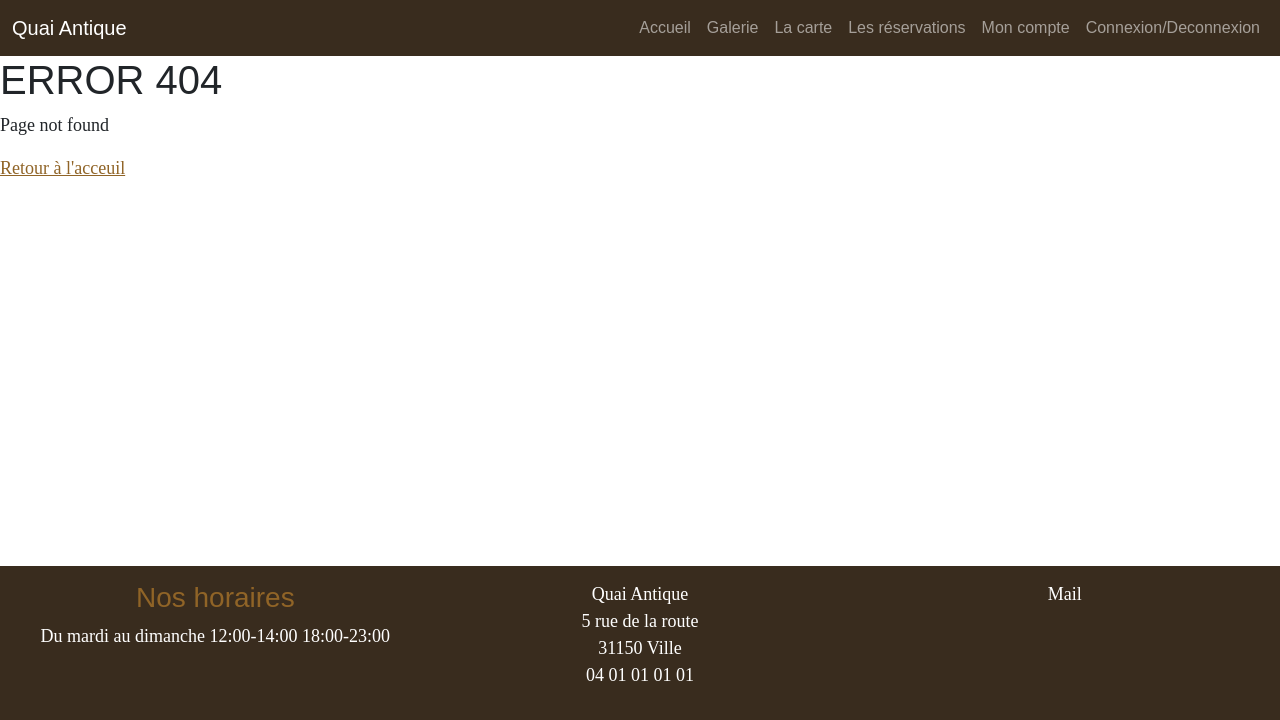
Repository: lemonhao9/QuaiAntiqueRestaurantFront
Page: index.html
The author's editor kept a copy of each file at every save. The page is drawn from the files as they stood at one save, then again after the next save.
The browser window is 1280 px wide. The pictures show the whole page.
Some web fonts or font styles are not loaded; a fallback is used. Some web libraries are served in a nearby version. The style sheet was rebuilt from its Sass, Less or Tailwind sources for each picture, by a compiler version that may differ from the author's.

Above is the page before, as saved 2025-01-23 17:45:15.

### index.html
<!DOCTYPE html>
<html lang="en">
<head>
    <meta charset="UTF-8">
    <meta name="viewport" content="width=device-width, initial-scale=1.0">
    <link rel="preconnect" href="https://fonts.googleapis.com">
    <link rel="preconnect" href="https://fonts.gstatic.com" crossorigin>
    <link href="https://fonts.googleapis.com/css2?family=Hind+Madurai:wght@300;400&display=swwap" rel="stylesheet">
    <link rel="stylesheet" href="scss/main.css">
    <title>Document</title>
</head>
<body>
        <header>
            <nav class="navbar navbar-expand-lg bg-dark" data-bs-theme="dark">
                <div class="container-fluid">
                  <a class="navbar-brand" href="/">Quai Antique</a>
                  <button class="navbar-toggler" type="button" data-bs-toggle="collapse" data-bs-target="#navbarSupportedContent" aria-controls="navbarSupportedContent" aria-expanded="false" aria-label="Toggle navigation">
                    <span class="navbar-toggler-icon"></span>
                  </button>
                  <div class="collapse navbar-collapse" id="navbarSupportedContent">
                    <ul class="navbar-nav ms-auto mb-2 mb-lg-0">
                      <li class="nav-item">
                        <a class="nav-link"href="/">Accueil</a>
                      </li>
                      <li class="nav-item">
                        <a class="nav-link"href="/galerie">Galerie</a>
                      </li>
                      <li class="nav-item">
                        <a class="nav-link"href="/lacarte">La carte</a>
                      </li>
                      <li class="nav-item">
                        <a class="nav-link"href="#">Les réservations</a>
                      </li>
                      <li class="nav-item">
                        <a class="nav-link"href="#">Mon compte</a>
                      </li>
                      <li class="nav-item">
                        <a class="nav-link"href="#">Connexion/Deconnexion</a>
                      </li>
                    </ul>
                  </div>
                </div>
              </nav>
        </header>
        <main id="main-page">

        </main>
<footer class="bg-dark text-white text-center footer">
        <div class="row">
            <div class="col-12 col-lg-4">
                <h3 class="text-primary">Nos horaires</h3>
                <p>Du mardi au dimanche  12:00-14:00  18:00-23:00</p>
            </div>
            <div class="col-6 col-lg-4">
                <p>Quai Antique <br/>
                    5 rue de la route <br/>
                    31150 Ville <br/>
                    04 01 01 01 01 <br/>
                </p>
            </div>
            <div class="col-6 col-lg-4">
                <p>Mail</p>
            </div>
        </div>
    </footer>
    <script type="module" src="./Router/Router.js"></script>
    <script src="node_modules/bootstrap/dist/js/bootstrap.bundle.min.js"></script>
</body>
</html>

### Router/Router.js
import Route from "./Route.js";
import { allRoutes, websiteName } from "./allRoutes.js";

// Création d'une route pour la page 404 (page introuvable)
const route404 = new Route("404", "Page introuvable", "/pages/404.html");

// Fonction pour récupérer la route correspondant à une URL donnée
const getRouteByUrl = (url) => {
  let currentRoute = null;
  // Parcours de toutes les routes pour trouver la correspondance
  allRoutes.forEach((element) => {
    if (element.url == url) {
      currentRoute = element;
    }
  });
  // Si aucune correspondance n'est trouvée, on retourne la route 404
  if (currentRoute != null) {
    return currentRoute;
  } else {
    return route404;
  }
};

// Fonction pour charger le contenu de la page
const LoadContentPage = async () => {
  const path = window.location.pathname;
  // Récupération de l'URL actuelle
  const actualRoute = getRouteByUrl(path);
  // Récupération du contenu HTML de la route
  const html = await fetch(actualRoute.pathHtml).then((data) => data.text());
  // Ajout du contenu HTML à l'élément avec l'ID "main-page"
  document.getElementById("main-page").innerHTML = html;

  // Ajout du contenu JavaScript
  if (actualRoute.pathJS != "") {
    // Création d'une balise script
    var scriptTag = document.createElement("script");
    scriptTag.setAttribute("type", "text/javascript");
    scriptTag.setAttribute("src", actualRoute.pathJS);

    // Ajout de la balise script au corps du document
    document.querySelector("body").appendChild(scriptTag);
  }

  // Changement du titre de la page
  document.title = actualRoute.title + " - " + websiteName;
};

// Fonction pour gérer les événements de routage (clic sur les liens)
const routeEvent = (event) => {
  event = event || window.event;
  event.preventDefault();
  // Mise à jour de l'URL dans l'historique du navigateur
  window.history.pushState({}, "", event.target.href);
  // Chargement du contenu de la nouvelle page
  LoadContentPage();
};

// Gestion de l'événement de retour en arrière dans l'historique du navigateur
window.onpopstate = LoadContentPage;
// Assignation de la fonction routeEvent à la propriété route de la fenêtre
window.route = routeEvent;
// Chargement du contenu de la page au chargement initial
LoadContentPage();

### Router/allRoutes.js
import Route from "./Route.js";

//Définir ici vos routes
export const allRoutes = [
    new Route("/", "Accueil", "/pages/home.html"),
    new Route("/galerie", "La galerie", "./pages/galerie.html"),
    new Route("/lacarte", "La carte", "./pages/lacarte.html"),
    new Route("/signin", "Connexion", "./pages/signin.html")
];


//Le titre s'affiche comme ceci : Route.titre - websitename
export const websiteName = "Quai Antique";

### pages/404.html
<div>
    <h1>ERROR 404</h1>
    <P>Page not found</P>
    <p><a href="/">Retour à l'acceuil</a></p>
</div>

### scss/main.scss
@import url(/node_modules/bootstrap-icons/font/bootstrap-icons.css);
@import 'custom';

html{
    position:relative;
    min-height: 100%;
}

main{
    margin-bottom: 250px;
}
footer.footer{
    padding: 15px;
    position: absolute;
    bottom: 0;
    width: 100%
}

p{
    font-family: $font-family-serif;
    font-size: 18px;
}

.hero-scene{
    position: relative;
    &::before{
        content: "";
        position: absolute;
        top: 0;
        left: 0;
        width: 100%;
        height: 100%;
        background-image: url(../images/FondHeroScene.jpg);
    background-size: cover;
    filter: brightness(0.3);
    }

    *{
        //positionner les éléments devant le before//
        position: relative;
    }

    .hero-scene-content{
        height: 300px;
        display: flex;
        flex-direction: column;
        justify-content: center;
        align-items: center;
    }
}
.text-justify{
    text-align: justify;
}

.image-card{
    position:relative;
    &:hover{
        .titre-image{
            opacity: 1;
        }
        img{
            filter: brightness(0.3);
        }
    }

    img{
        transition:all 0.3s;
    }

    .titre-image{
        position:absolute;
        top: 50%;
        left: 50%;
        transform: translate(-50%, -50%);
        opacity: 0;
        transition:all 0.3s;
        }
}

### scss/_custom.scss
// Custom.scss
// Option A: Include all of Bootstrap

// Include any default variable overrides here (though functions won't be available)
$primary: #906427;
$secondary: #B6AC97;
$dark:#392C1E;
$black:  #292222;
$font-family-sans-serif: "Montserrat", sans-serif !default;
$font-family-serif:"Hind Madurai", serif !default;

@import "../node_modules/bootstrap/scss/bootstrap";

// Then add additional custom code here

Loaded but not shown: Router/Route.js (common file)

After the next save:
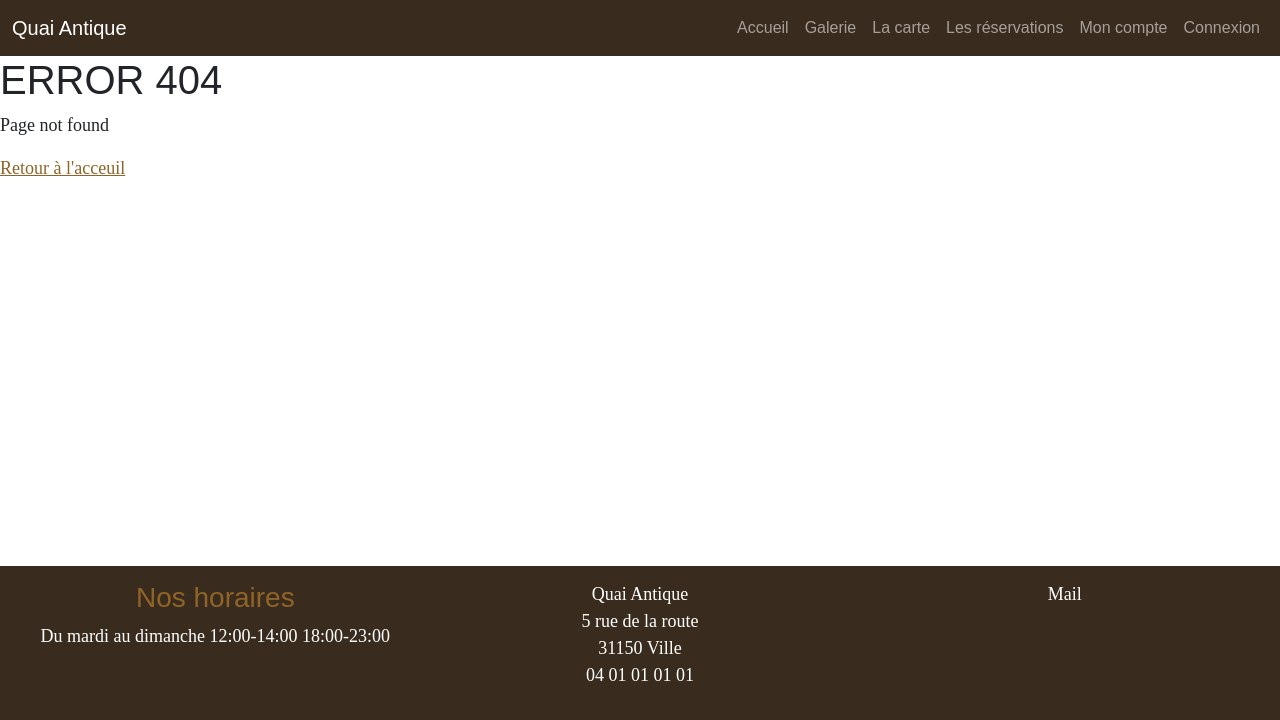
Saved 9 min 56 s later.
--- a/index.html
+++ b/index.html
@@ -35,7 +35,7 @@
                         <a class="nav-link"href="#">Mon compte</a>
                       </li>
                       <li class="nav-item">
-                        <a class="nav-link"href="#">Connexion/Deconnexion</a>
+                        <a class="nav-link"href="/signin">Connexion</a>
                       </li>
                     </ul>
                   </div>
